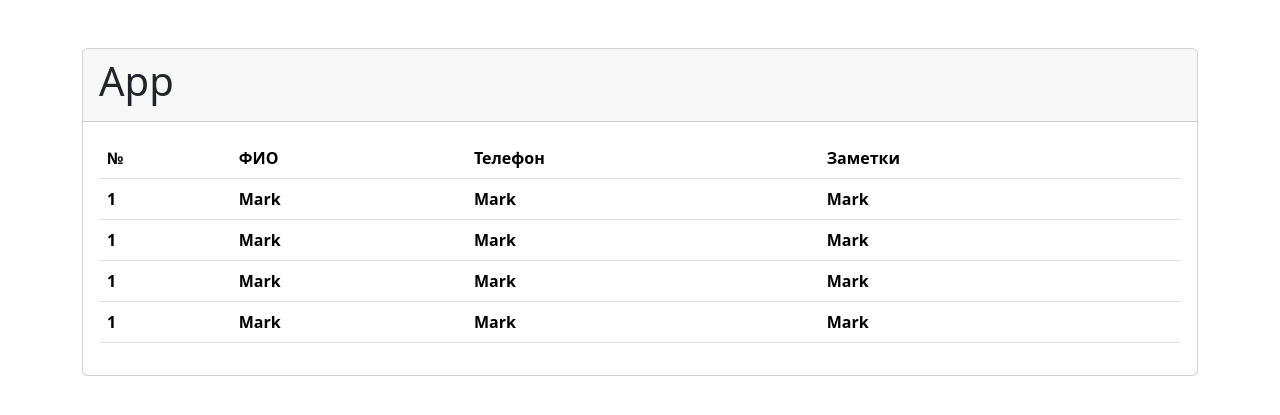
Repository: tatacheba/appstepikjavareact
Page: / (app in client/)
The author's editor kept a copy of each file at every save. The page is drawn from the files as they stood at one save, then again after the next save.
The browser window is 1280 px wide. The pictures show the whole page.
The project was rebuilt for these pictures with package versions that can differ from the ones it lists, and the page was loaded fresh each time. Also part of the build but not shown: client/src/App.css.

Above is the page before, as saved 2024-11-25 09:34:30.

### client/public/index.html
<!DOCTYPE html>
<html lang="en">
    <head>
        <meta charset="utf-8" />
        <link rel="icon" href="%PUBLIC_URL%/favicon.ico" />
        <meta name="viewport" content="width=device-width, initial-scale=1" />
        <meta name="theme-color" content="#000000" />
        <meta
            name="description"
            content="Web site created using create-react-app"
        />
        <link rel="apple-touch-icon" href="%PUBLIC_URL%/logo192.png" />
        <link
            href="https://cdn.jsdelivr.net/npm/bootstrap@5.3.3/dist/css/bootstrap.min.css"
            rel="stylesheet"
            integrity="sha384-QWTKZyjpPEjISv5WaRU9OFeRpok6YctnYmDr5pNlyT2bRjXh0JMhjY6hW+ALEwIH"
            crossorigin="anonymous"
        />
        <!--
      manifest.json provides metadata used when your web app is installed on a
      user's mobile device or desktop. See https://developers.google.com/web/fundamentals/web-app-manifest/
    -->
        <link rel="manifest" href="%PUBLIC_URL%/manifest.json" />

        <title>App of Stepik</title>
    </head>
    <body>
        <div id="root"></div>
        <script
            src="https://cdn.jsdelivr.net/npm/bootstrap@5.3.3/dist/js/bootstrap.bundle.min.js"
            integrity="sha384-YvpcrYf0tY3lHB60NNkmXc5s9fDVZLESaAA55NDzOxhy9GkcIdslK1eN7N6jIeHz"
            crossorigin="anonymous"
        ></script>
    </body>
</html>

### client/src/index.js
import React from "react";
import ReactDOM from "react-dom/client";
import "./index.css";
import App from "./App";
import "bootstrap/dist/css/bootstrap.min.css";
import "bootstrap/dist/js/bootstrap.bundle.min.js";

const root = ReactDOM.createRoot(document.getElementById("root"));
root.render(
    <React.StrictMode>
        <App />
    </React.StrictMode>
);

### client/src/App.js
import "./App.css";
import TablewView from "./layouts/tableView/TablewView";

function App() {
    return (
        <div className="container mt-5">
            <div className=" card">
                <div className="card-header">
                    <h1>App</h1>
                </div>
                <div className="card-body">
                    <TablewView />
                </div>
            </div>
        </div>
    );
}

export default App;

### client/src/layouts/tableView/TablewView.js
import React, { Component } from "react";

export default class TablewView extends Component {
    render() {
        return (
            <table className="table table-hover">
                <thead>
                    <tr>
                        <th scope="col">№</th>
                        <th scope="col">ФИО</th>
                        <th scope="col">Телефон</th>
                        <th scope="col">Заметки</th>
                    </tr>
                </thead>
                <tbody>
                    <tr>
                        <th scope="row">1</th>
                        <th>Mark</th>
                        <th>Mark</th>
                        <th>Mark</th>
                    </tr>
                    <tr>
                        <th scope="row">1</th>
                        <th>Mark</th>
                        <th>Mark</th>
                        <th>Mark</th>
                    </tr>
                    <tr>
                        <th scope="row">1</th>
                        <th>Mark</th>
                        <th>Mark</th>
                        <th>Mark</th>
                    </tr>
                    <tr>
                        <th scope="row">1</th>
                        <th>Mark</th>
                        <th>Mark</th>
                        <th>Mark</th>
                    </tr>
                </tbody>
            </table>
        );
    }
}

Loaded but not shown: client/src/index.css (common file)

After the next save:
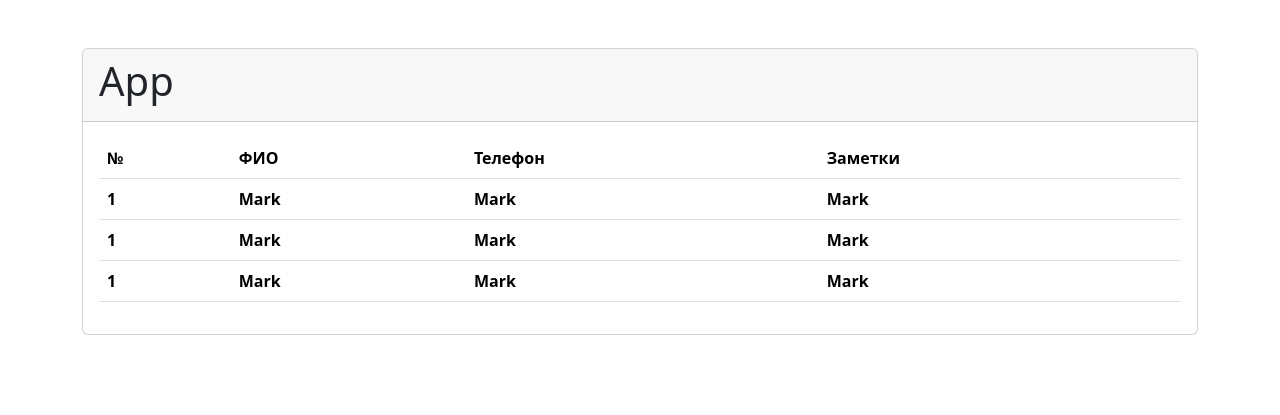
Saved 80 min 40 s later.
--- a/client/src/layouts/tableView/TablewView.js
+++ b/client/src/layouts/tableView/TablewView.js
@@ -31,12 +31,6 @@ export default class TablewView extends Component {
                         <th>Mark</th>
                         <th>Mark</th>
                     </tr>
-                    <tr>
-                        <th scope="row">1</th>
-                        <th>Mark</th>
-                        <th>Mark</th>
-                        <th>Mark</th>
-                    </tr>
                 </tbody>
             </table>
         );
